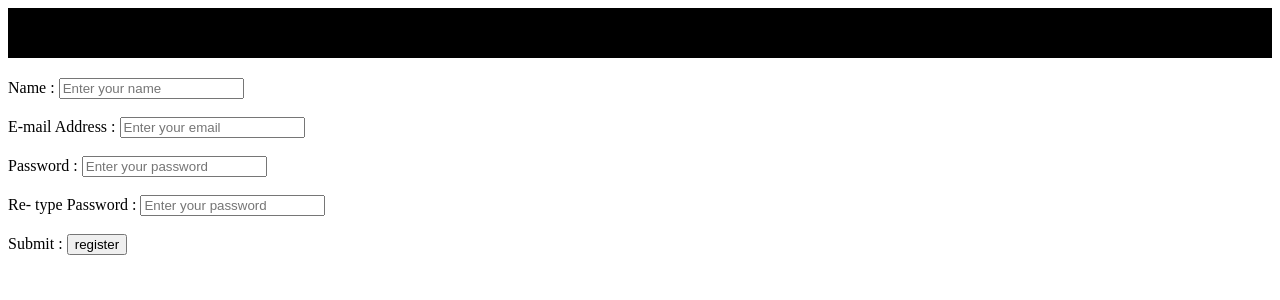
Repository: MarkFernandes11/Advanced-Java
Page: http://localhost/LoginPage1/registration.jsp
These files come from the project's save history. The page is drawn as it stood at one moment and after the next save; the edit follows.
The browser window is 1280 px wide. The pictures show the whole page.
The page is served by Tomcat 9. Nobody is signed in. The application's start-up code is not run. Other server files are loaded and not shown.

Above is the page before, as saved 2019-09-24 13:17:34.

### LoginPage1/WebContent/registration.jsp
<%@ page language="java" contentType="text/html; charset=UTF-8"
    pageEncoding="UTF-8"%>
<!DOCTYPE html>
<html>
<head>
<meta charset="UTF-8">
<title>Registration Page</title>
<link rel="Stylesheet" type= "text/css" href="StyleSheet.css">
</head>
<body>
	<header>
		<h1>Bridgelabz Registration Page</h1>
		<!-- <marquee><h1>Bridgelabz Login Page</h1></marquee> -->
	</header>

	<form action = "login" method = "post">
		<div>
			Name : <input type = "text" name = "Name" placeholder = "Enter your name">
			<br><br>
			E-mail Address : <input type = "email" name = "email" placeholder = "Enter your email">
			<br><br>
			Password : <input type = "password" name = "password" placeholder = "Enter your password">
			<br><br>
			Re- type Password : <input type = "password" name = "password2" placeholder = "Enter your password">
			<br><br>
			Submit : <input type = "submit" name ="submit" value = "register">
			<br><br>
		</div>
	</form>


</body>
</html>

### LoginPage1/WebContent/StyleSheet.css
h1
{
	margin: auto;
	font: yellow;
}

header
{
	background-color: #000;
	height: 50px;
	margin: auto;
	margin-bottom: 20px;
}

form.index
{
	border: 2px solid #000;
	padding: 10px;
	border-radius: 5px;
}

After the next save:
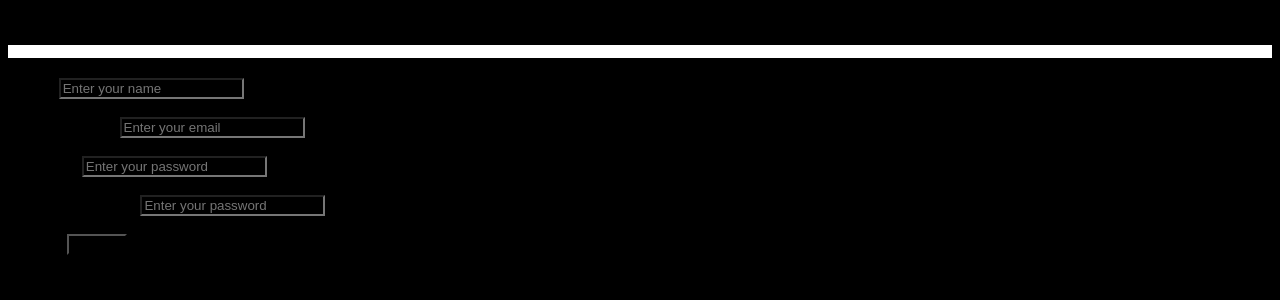
Saved 78 s later.
--- a/LoginPage1/WebContent/StyleSheet.css
+++ b/LoginPage1/WebContent/StyleSheet.css
@@ -1,3 +1,7 @@
+*
+{
+	background-color: #000;
+}
 h1
 {
 	margin: auto;
@@ -6,7 +10,7 @@
 
 header
 {
-	background-color: #000;
+	background-color: #fff;
 	height: 50px;
 	margin: auto;
 	margin-bottom: 20px;

After the save that followed:
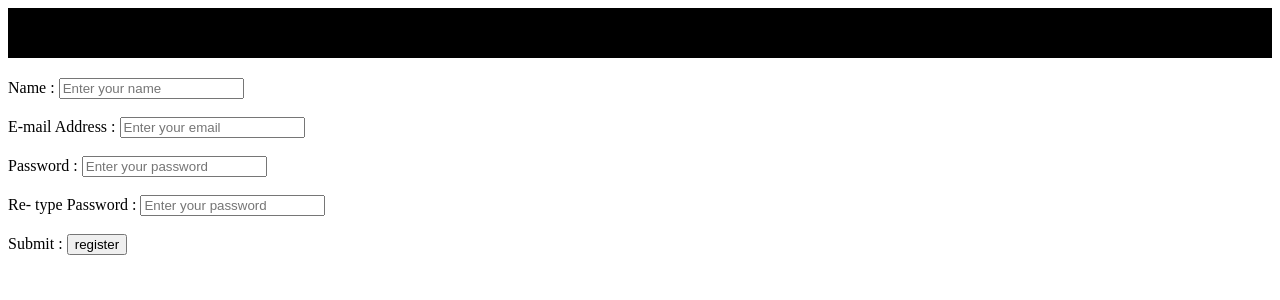
Saved 67 s later.
--- a/LoginPage1/WebContent/StyleSheet.css
+++ b/LoginPage1/WebContent/StyleSheet.css
@@ -1,7 +1,4 @@
-*
-{
-	background-color: #000;
-}
+
 h1
 {
 	margin: auto;
@@ -10,7 +7,7 @@
 
 header
 {
-	background-color: #fff;
+	background-color: #000;
 	height: 50px;
 	margin: auto;
 	margin-bottom: 20px;
